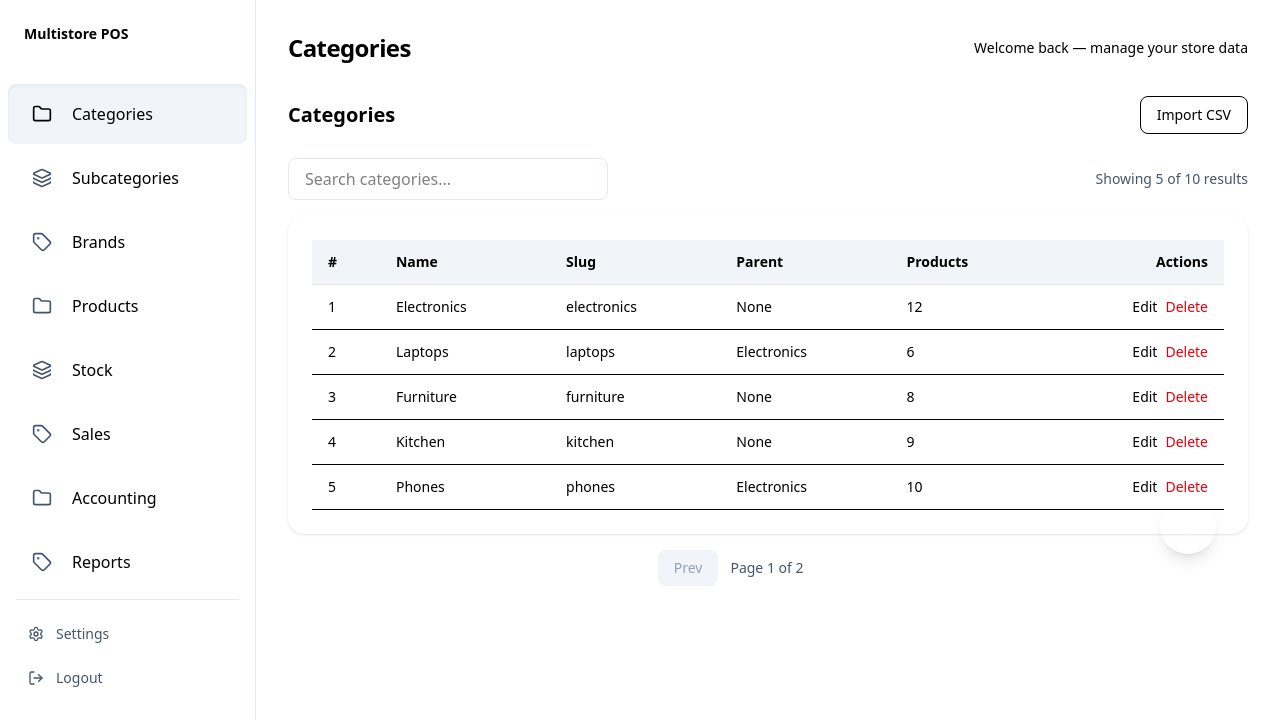
Repository: Ndegwa2/MulistorePOS
Page: /
The author's editor kept a copy of each file at every save. The page is drawn from the files as they stood at one save, then again after the next save.
The browser window is 1280 px wide. The pictures show the whole page.
The project was rebuilt for these pictures with package versions that can differ from the ones it lists, and the page was loaded fresh each time. Also part of the build but not shown: vite.config.js, Frontend/EditModal.jsx, Frontend/DeleteConfirm.jsx, Frontend/subcategory.jsx, Frontend/brand.jsx, Frontend/productPanel.jsx, Frontend/stockPanel.jsx, Frontend/salesPanel.jsx and 2 more. Imported but missing from the stored project, and not drawn on this page: Frontend/quotationsPanel.

Above is the page before, as saved 2025-10-03 10:38:22.

### index.html
<!DOCTYPE html>
<html lang="en">
  <head>
    <meta charset="UTF-8" />
    <link rel="icon" type="image/svg+xml" href="/vite.svg" />
    <meta name="viewport" content="width=device-width, initial-scale=1.0" />
    <title>Multistore POS</title>
  </head>
  <body class="bg-secondary text-text">
    <div id="root"></div>
    <script type="module" src="/Frontend/main.jsx"></script>
  </body>
</html>

### Frontend/main.jsx
import React from 'react'
import ReactDOM from 'react-dom/client'
import './index.css'
import Dashboard from './dashboaord'

ReactDOM.createRoot(document.getElementById('root')).render(
  <React.StrictMode>
    <Dashboard />
  </React.StrictMode>,
)

### Frontend/dashboaord.jsx
import React, { useState } from "react";
import { Folder, Layers, Tag, Settings, LogOut } from "lucide-react";

// Assume these exist in your project
import CategoryPanel from "./categoryPanel";
import SubCategoryPanel from "./subcategory";
import BrandPanel from "./brand";
import ProductPanel from "./productPanel";
import StockPanel from "./stockPanel";
import SalesPanel from "./salesPanel";
import AccountingPanel from "./accountingPanel";
import ReportsPanel from "./reportsPanel";

const NAV = [
  { key: "categories", label: "Categories", icon: Folder },
  { key: "subcategories", label: "Subcategories", icon: Layers },
  { key: "brands", label: "Brands", icon: Tag },
  { key: "products", label: "Products", icon: Folder },
  { key: "stock", label: "Stock", icon: Layers },
  { key: "sales", label: "Sales", icon: Tag },
  { key: "accounting", label: "Accounting", icon: Folder },
  { key: "reports", label: "Reports", icon: Tag },
];

export default function Dashboard() {
  const [active, setActive] = useState("categories");

  // small helper for rendering the active panel
  function renderPanel() {
    if (active === "categories") return <CategoryPanel />;
    if (active === "subcategories") return <SubCategoryPanel />;
    if (active === "brands") return <BrandPanel />;
    if (active === "products") return <ProductPanel />;
    if (active === "stock") return <StockPanel />;
    if (active === "sales") return <SalesPanel />;
    if (active === "accounting") return <AccountingPanel />;
    if (active === "reports") return <ReportsPanel />;
    return <CategoryPanel />;
  }

  return (
    <div className="min-h-screen bg-secondary text-text flex">
      {/* Sidebar */}
      <aside
        className="w-64 fixed left-0 top-0 h-screen bg-white text-text border-r border-slate-200
                   flex flex-col justify-between"
        aria-label="Sidebar"
      >
        <div>
          {/* Logo / Title */}
          <div className="px-6 py-6">
            <div className="text-sm font-semibold">Multistore POS</div>
          </div>

          {/* Nav */}
          <nav className="mt-4 px-2" aria-label="Main navigation">
            {NAV.map((n) => {
              const Icon = n.icon;
              const isActive = active === n.key;
              return (
                <button
                  key={n.key}
                  onClick={() => setActive(n.key)}
                  className={`group w-full flex items-center gap-3 px-4 py-3 my-1 rounded-lg text-left
                              transition-colors duration-150
                              ${isActive ? "bg-slate-100 text-primary shadow-inner" : "hover:bg-slate-100"}`}
                  aria-current={isActive ? "page" : undefined}
                >
                  <div className={`p-2 rounded-md ${isActive ? "bg-primary/10" : "bg-transparent"}`}>
                    <Icon className={`w-5 h-5 ${isActive ? "text-primary" : "text-slate-600"} transition-colors`} />
                  </div>
                  <span className="flex-1">{n.label}</span>
                  {/* subtle chevron or count placeholder (optional) */}
                </button>
              );
            })}
          </nav>
        </div>

        {/* bottom area */}
        <div className="px-4 pb-6">
          <div className="border-t border-slate-200 pt-4 flex flex-col gap-2">
            <button className="flex items-center gap-3 px-3 py-2 rounded-lg hover:bg-slate-100 transition-colors">
              <Settings className="w-4 h-4 text-slate-600" />
              <span className="text-sm text-slate-600">Settings</span>
            </button>
            <button className="flex items-center gap-3 px-3 py-2 rounded-lg hover:bg-slate-100 transition-colors">
              <LogOut className="w-4 h-4 text-slate-600" />
              <span className="text-sm text-slate-600">Logout</span>
            </button>
          </div>
        </div>
      </aside>

      {/* Main content */}
      <main className="flex-1 ml-64 bg-secondary min-h-screen text-text p-8">
        {/* Top header (shows active panel name) */}
        <header className="mb-6">
          <div className="flex items-center justify-between">
            <h2 className="text-2xl font-semibold tracking-tight">
              {NAV.find((n) => n.key === active)?.label}
            </h2>
            <div className="text-sm text-text">Welcome back — manage your store data</div>
          </div>
        </header>

        {/* Content area with simple fade/slide animation */}
        <section
          key={active} /* remounts on active change to trigger transition */
          className="transition duration-300 ease-out transform opacity-0 translate-y-2 animate-fade-in"
          style={{ animationFillMode: "forwards", animationDuration: "220ms" }}
        >
          <div className="bg-transparent">
            {renderPanel()}
          </div>
        </section>
      </main>

      {/* small global styles for the fade-in animation (Tailwind can't define keyframes inline) */}
      <style>{`
        @keyframes fadeIn {
          from { opacity: 0; transform: translateY(6px); }
          to { opacity: 1; transform: translateY(0); }
        }
        .animate-fade-in {
          animation-name: fadeIn;
        }
      `}</style>
    </div>
  );
}

### Frontend/categoryPanel.jsx
import React, { useState } from "react";
import EditModal from "./EditModal";
import DeleteConfirm from "./DeleteConfirm";

export default function CategoryPanel() {
  const [categories, setCategories] = useState([
    { id: 1, name: "Electronics", slug: "electronics", parent: "None", count: 12 },
    { id: 2, name: "Laptops", slug: "laptops", parent: "Electronics", count: 6 },
    { id: 3, name: "Furniture", slug: "furniture", parent: "None", count: 8 },
    { id: 4, name: "Kitchen", slug: "kitchen", parent: "None", count: 9 },
    { id: 5, name: "Phones", slug: "phones", parent: "Electronics", count: 10 },
    { id: 6, name: "Accessories", slug: "accessories", parent: "Electronics", count: 4 },
    { id: 7, name: "Chairs", slug: "chairs", parent: "Furniture", count: 7 },
    { id: 8, name: "Tables", slug: "tables", parent: "Furniture", count: 5 },
    { id: 9, name: "Home Decor", slug: "home-decor", parent: "None", count: 11 },
    { id: 10, name: "Audio", slug: "audio", parent: "Electronics", count: 3 },
  ]);

  const [showModal, setShowModal] = useState(false);
  const [newCategory, setNewCategory] = useState({ name: "", slug: "", parent: "", description: "" });
  const [searchTerm, setSearchTerm] = useState("");
  const [currentPage, setCurrentPage] = useState(1);
  const itemsPerPage = 5;

  const [showEditModal, setShowEditModal] = useState(false);
  const [editingItem, setEditingItem] = useState(null);
  const [showDeleteConfirm, setShowDeleteConfirm] = useState(false);
  const [deletingItem, setDeletingItem] = useState(null);

  // Derived filtered categories
  const filtered = categories.filter(
    (c) =>
      c.name.toLowerCase().includes(searchTerm.toLowerCase()) ||
      c.slug.toLowerCase().includes(searchTerm.toLowerCase())
  );

  // Pagination logic
  const totalPages = Math.ceil(filtered.length / itemsPerPage);
  const paginated = filtered.slice((currentPage - 1) * itemsPerPage, currentPage * itemsPerPage);

  const handleAdd = () => setShowModal(true);

  const handleSave = () => {
    if (newCategory.name.trim() === "") return;
    setCategories([...categories, { ...newCategory, id: Date.now(), count: 0 }]);
    setNewCategory({ name: "", slug: "", parent: "", description: "" });
    setShowModal(false);
  };

  const handleSearch = (e) => {
    setSearchTerm(e.target.value);
    setCurrentPage(1);
  };

  const handleEdit = (item) => {
    setEditingItem(item);
    setShowEditModal(true);
  };

  const handleEditSave = (updated) => {
    setCategories(categories.map(c => c.id === updated.id ? updated : c));
    setShowEditModal(false);
  };

  const handleDelete = (item) => {
    setDeletingItem(item);
    setShowDeleteConfirm(true);
  };

  const handleDeleteConfirm = () => {
    setCategories(categories.filter(c => c.id !== deletingItem.id));
    setShowDeleteConfirm(false);
  };

  return (
    <div className="text-text font-sans">
      {/* Header */}
      <div className="flex flex-col sm:flex-row justify-between sm:items-center mb-6 gap-3">
        <h2 className="text-xl font-semibold">Categories</h2>
        <div className="flex gap-3">
          <button
            className="bg-primary text-white px-4 py-2 rounded-lg hover:bg-slate-700 text-sm"
            onClick={handleAdd}
          >
            + New Category
          </button>
          <button className="border border-primary text-primary px-4 py-2 rounded-lg hover:bg-slate-100 text-sm">
            Import CSV
          </button>
        </div>
      </div>

      {/* Search */}
      <div className="mb-4 flex justify-between items-center flex-wrap gap-3">
        <input
          type="text"
          placeholder="Search categories..."
          value={searchTerm}
          onChange={handleSearch}
          className="w-full sm:w-1/3 bg-white text-text px-4 py-2 rounded-lg border border-slate-200 focus:ring-2 focus:ring-primary outline-none"
        />
        <span className="text-sm text-slate-600">
          Showing {paginated.length} of {filtered.length} results
        </span>
      </div>

      {/* Table */}
      <div className="bg-white rounded-2xl shadow p-6 overflow-x-auto">
        <table className="w-full text-left border-collapse text-sm">
          <thead className="bg-slate-100 border-b border-slate-200">
            <tr>
              <th className="py-3 px-4">#</th>
              <th className="py-3 px-4">Name</th>
              <th className="py-3 px-4">Slug</th>
              <th className="py-3 px-4">Parent</th>
              <th className="py-3 px-4">Products</th>
              <th className="py-3 px-4 text-right">Actions</th>
            </tr>
          </thead>
          <tbody>
            {paginated.map((cat, idx) => (
              <tr key={cat.id} className="border-b hover:bg-slate-50">
                <td className="py-3 px-4">{(currentPage - 1) * itemsPerPage + idx + 1}</td>
                <td className="py-3 px-4">{cat.name}</td>
                <td className="py-3 px-4">{cat.slug}</td>
                <td className="py-3 px-4">{cat.parent}</td>
                <td className="py-3 px-4">{cat.count}</td>
                <td className="py-3 px-4 text-right space-x-2">
                  <button
                    onClick={() => handleEdit(cat)}
                    className="text-primary hover:underline"
                  >
                    Edit
                  </button>
                  <button
                    onClick={() => handleDelete(cat)}
                    className="text-red-600 hover:underline"
                  >
                    Delete
                  </button>
                </td>
              </tr>
            ))}
          </tbody>
        </table>
      </div>

      {/* Pagination Controls */}
      <div className="flex justify-center gap-3 mt-4">
        <button
          disabled={currentPage === 1}
          onClick={() => setCurrentPage(currentPage - 1)}
          className={`px-4 py-2 rounded-lg text-sm ${
            currentPage === 1 ? "bg-slate-100 text-slate-400" : "bg-primary text-white hover:bg-slate-700"
          }`}
        >
          Prev
        </button>
        <span className="text-slate-600 text-sm self-center">
          Page {currentPage} of {totalPages}
        </span>
        <button
          disabled={currentPage === totalPages}
          onClick={() => setCurrentPage(currentPage + 1)}
          className={`px-4 py-2 rounded-lg text-sm ${
            currentPage === totalPages
              ? "bg-slate-100 text-slate-400"
              : "bg-primary text-white hover:bg-slate-700"
          }`}
        >
          Next
        </button>
      </div>

      {/* Floating Add Button */}
      <button
        onClick={handleAdd}
        className="fixed bottom-8 right-8 bg-primary hover:bg-slate-700 w-14 h-14 flex items-center justify-center rounded-full shadow-lg text-white"
      >
        <span className="text-2xl">＋</span>
      </button>

      {/* Modal */}
      {showModal && (
        <div className="fixed inset-0 bg-black/50 flex items-center justify-center z-50">
          <div className="bg-white p-6 rounded-xl w-full max-w-md shadow-2xl border border-slate-200">
            <h2 className="text-lg font-semibold mb-4">Add New Category</h2>

            <div className="space-y-4">
              <div>
                <label className="text-sm text-slate-600">Name</label>
                <input
                  type="text"
                  value={newCategory.name}
                  onChange={(e) => setNewCategory({ ...newCategory, name: e.target.value })}
                  className="w-full mt-1 bg-white border border-slate-200 rounded-lg px-3 py-2 outline-none focus:ring-2 focus:ring-primary"
                />
              </div>
              <div>
                <label className="text-sm text-slate-600">Slug</label>
                <input
                  type="text"
                  value={newCategory.slug}
                  onChange={(e) => setNewCategory({ ...newCategory, slug: e.target.value })}
                  className="w-full mt-1 bg-white border border-slate-200 rounded-lg px-3 py-2 outline-none focus:ring-2 focus:ring-primary"
                />
              </div>
              <div>
                <label className="text-sm text-slate-600">Parent</label>
                <select
                  value={newCategory.parent}
                  onChange={(e) => setNewCategory({ ...newCategory, parent: e.target.value })}
                  className="w-full mt-1 bg-white border border-slate-200 rounded-lg px-3 py-2 outline-none focus:ring-2 focus:ring-primary"
                >
                  <option value="">None</option>
                  {categories
                    .filter((c) => c.parent === "None")
                    .map((c) => (
                      <option key={c.id}>{c.name}</option>
                    ))}
                </select>
              </div>
              <div>
                <label className="text-sm text-slate-600">Description</label>
                <textarea
                  rows="3"
                  value={newCategory.description}
                  onChange={(e) => setNewCategory({ ...newCategory, description: e.target.value })}
                  className="w-full mt-1 bg-white border border-slate-200 rounded-lg px-3 py-2 outline-none focus:ring-2 focus:ring-primary"
                ></textarea>
              </div>
            </div>

            <div className="flex justify-end gap-3 mt-6">
              <button
                onClick={() => setShowModal(false)}
                className="px-4 py-2 bg-slate-100 hover:bg-slate-200 rounded-lg"
              >
                Cancel
              </button>
              <button
                onClick={handleSave}
                className="px-4 py-2 bg-primary text-white hover:bg-slate-700 rounded-lg"
              >
                Save
              </button>
            </div>
          </div>
        </div>
      )}

      <EditModal
        isOpen={showEditModal}
        onClose={() => setShowEditModal(false)}
        onSave={handleEditSave}
        initialData={editingItem}
        fields={[
          { name: 'name', label: 'Name', type: 'text' },
          { name: 'slug', label: 'Slug', type: 'text' },
          { name: 'parent', label: 'Parent', type: 'select', options: ['None', ...categories.filter(c => c.parent === 'None').map(c => c.name)] },
          { name: 'description', label: 'Description', type: 'textarea' }
        ]}
      />

      <DeleteConfirm
        isOpen={showDeleteConfirm}
        onClose={() => setShowDeleteConfirm(false)}
        onConfirm={handleDeleteConfirm}
        itemName={deletingItem?.name}
      />
    </div>
  );
}

Loaded but not shown: Frontend/index.css (common file)

After the next save:
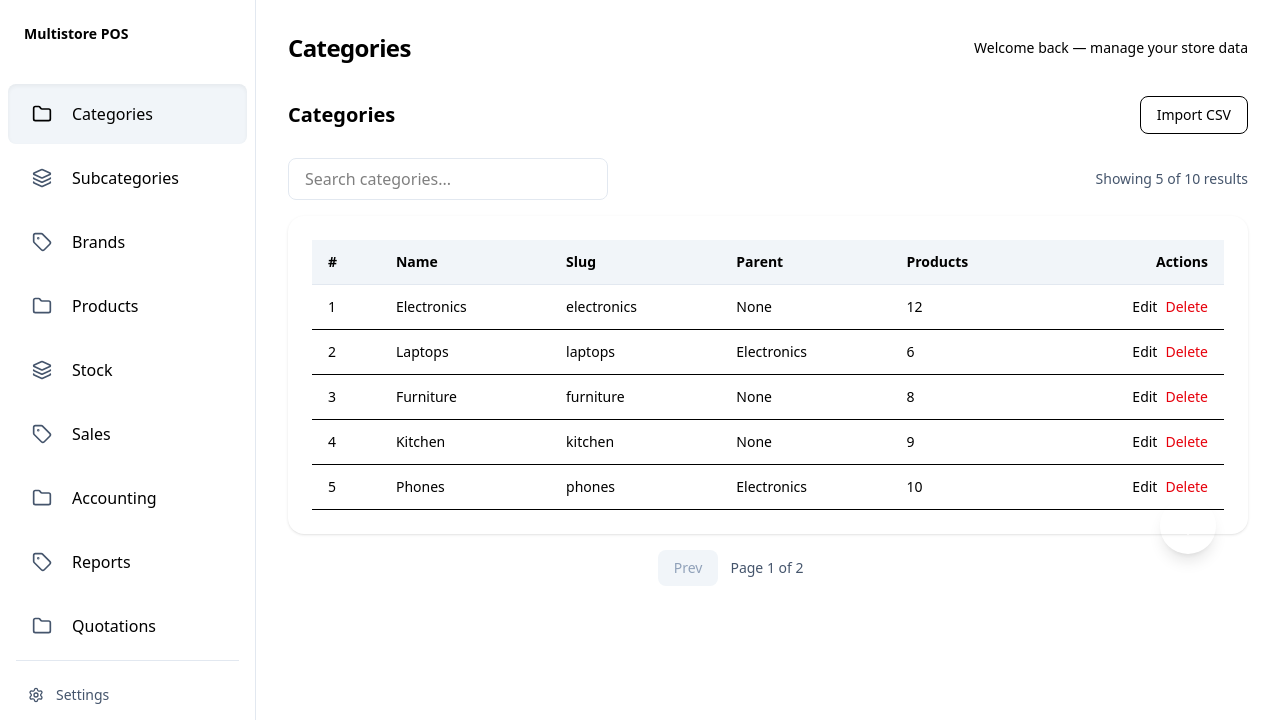
Saved 18 s later.
--- a/Frontend/dashboaord.jsx
+++ b/Frontend/dashboaord.jsx
@@ -10,6 +10,7 @@ import StockPanel from "./stockPanel";
 import SalesPanel from "./salesPanel";
 import AccountingPanel from "./accountingPanel";
 import ReportsPanel from "./reportsPanel";
+import QuotationsPanel from "./quotationsPanel";
 
 const NAV = [
   { key: "categories", label: "Categories", icon: Folder },
@@ -20,6 +21,7 @@ const NAV = [
   { key: "sales", label: "Sales", icon: Tag },
   { key: "accounting", label: "Accounting", icon: Folder },
   { key: "reports", label: "Reports", icon: Tag },
+  { key: "quotations", label: "Quotations", icon: Folder },
 ];
 
 export default function Dashboard() {
